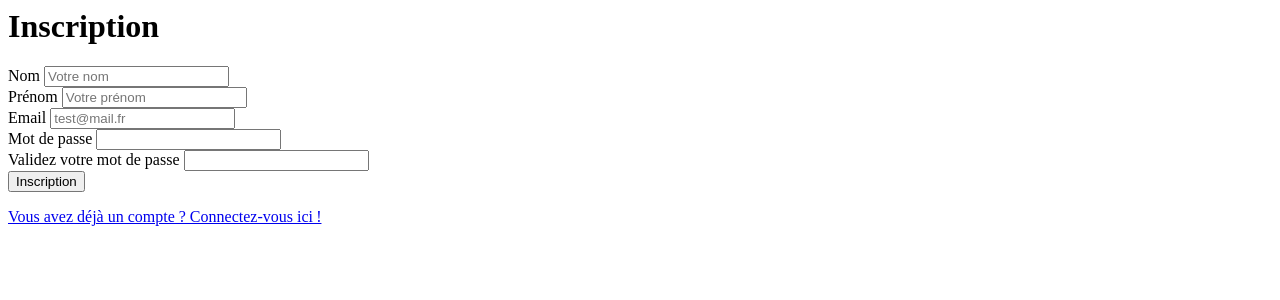
Repository: lemonhao9/QuaiAntiqueRestaurantFront
Page: pages/auth/signup.html
These files come from the project's save history. The page is drawn as it stood at one moment and after the next save; the edit follows.
The browser window is 1280 px wide. The pictures show the whole page.

Above is the page before, as saved 2025-02-24 17:15:34.

After the next save:
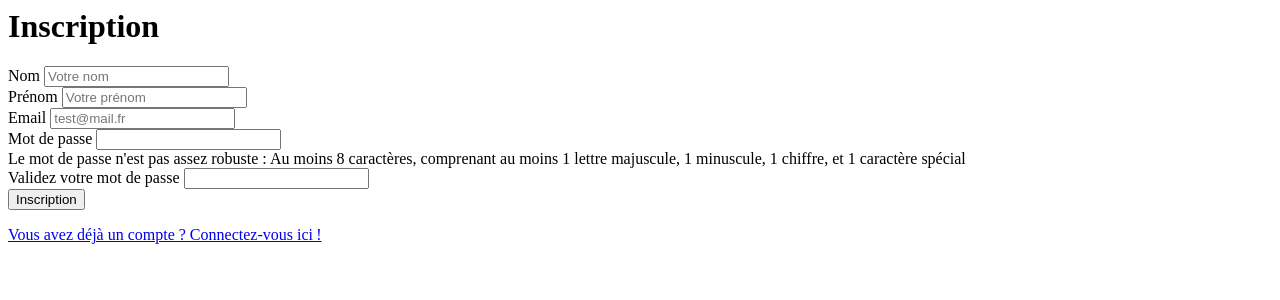
Saved 79 s later.
--- a/pages/auth/signup.html
+++ b/pages/auth/signup.html
@@ -22,7 +22,7 @@
           <label for="PasswordInput" class="form-label">Mot de passe</label>
           <input type="password" class="form-control" id="PasswordInput" name="Password">
           <div class="invalid-feedback">
-
+            Le mot de passe n'est pas assez robuste : Au moins 8 caractères, comprenant au moins 1 lettre majuscule, 1 minuscule, 1 chiffre, et 1 caractère spécial
           </div>
         </div>
         <div class="mb-3">
